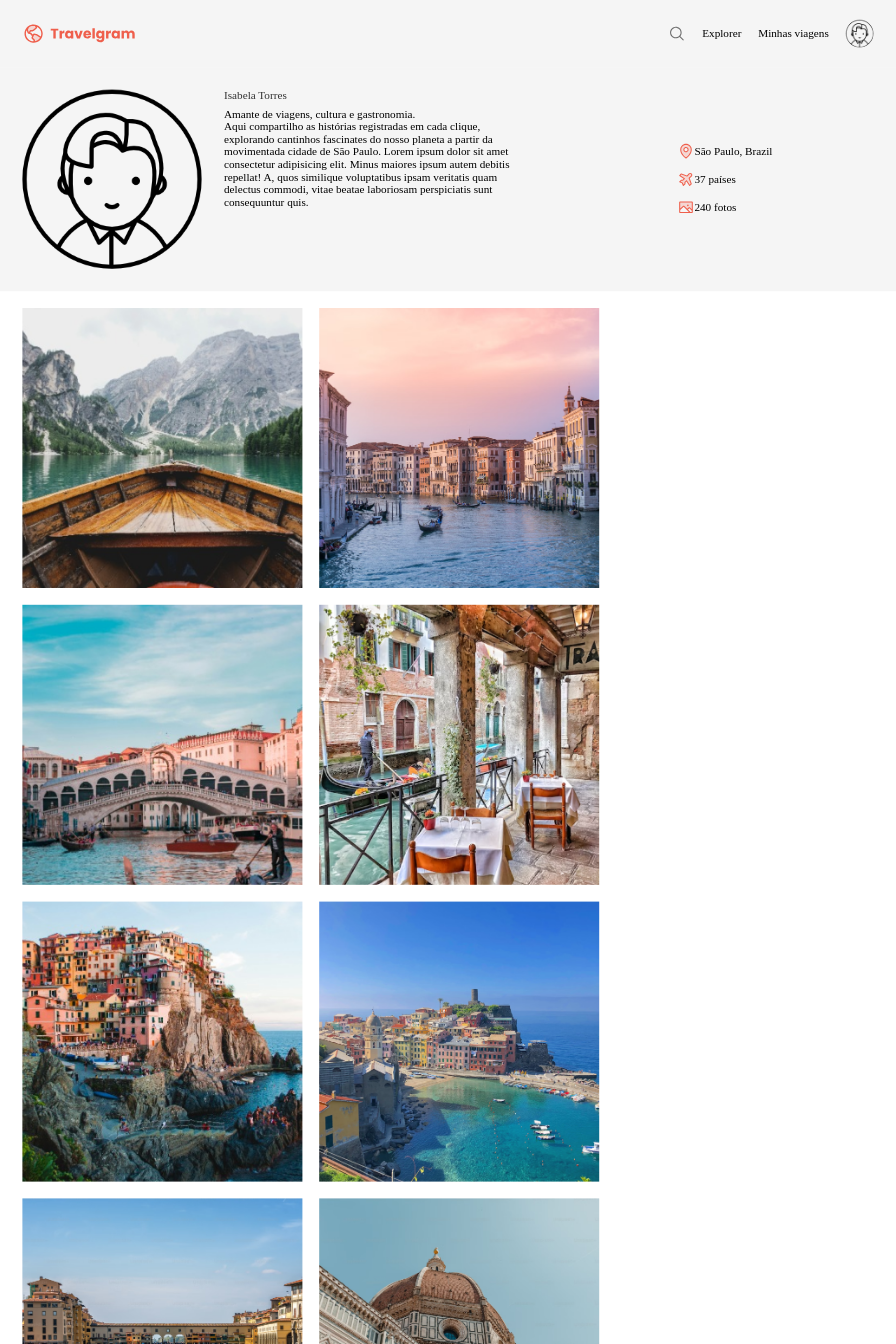
Repository: JeffRodFer/projeto-Travelgran-Rockeseat
Page: index.html
The author's editor kept a copy of each file at every save. The page is drawn from the files as they stood at one save, then again after a run of saves.
The browser window is 1280 px wide. The pictures show the part of the page from y = 0 to 1920 px (the page is 3832 px tall), at 70% of full size.

Above is the page before, as saved 2025-03-22 17:02:20.

After the next 3 saves:
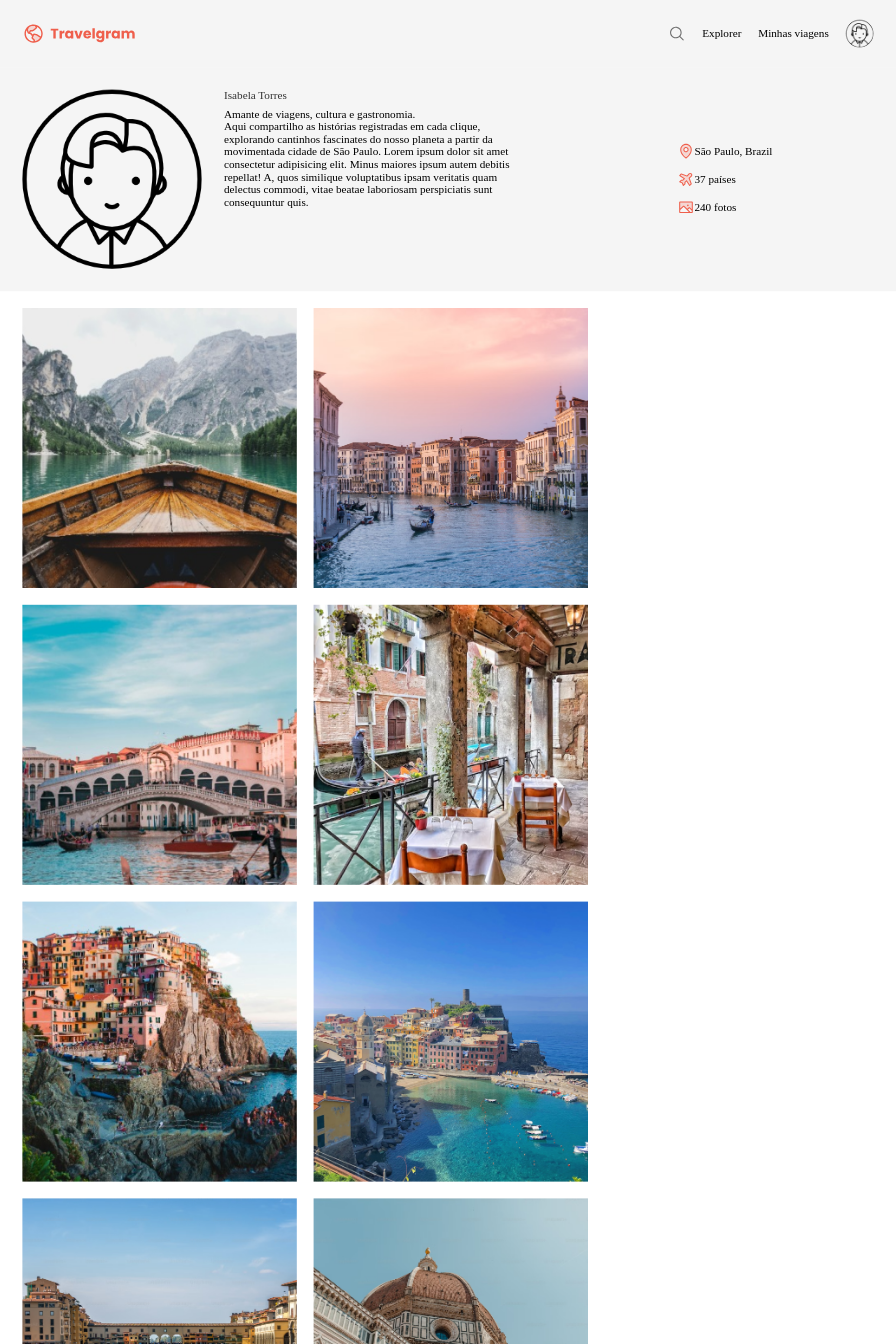
The 3 saves are shown as one change because they came seconds apart.
The last was saved 23 s later.
--- a/styles/main.css
+++ b/styles/main.css
@@ -6,7 +6,7 @@ main {
 object-fit: cover;
 }
 main img {
-    width: 400px;
+    width: 392px;
     height: 400px;
     object-fit: cover;
 
